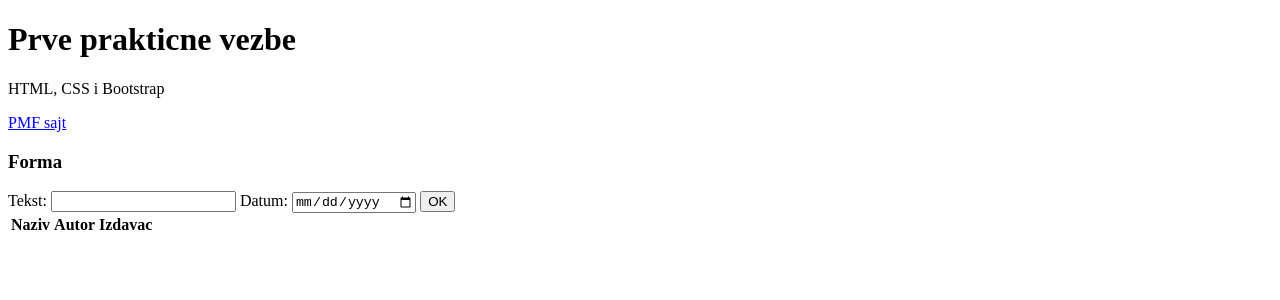
Repository: bojanludajic/Razvoj-Informacionih-Sistema
Page: Vezbe1/src/main/webapp/index.html
The author's editor kept a copy of each file at every save. The page is drawn from the files as they stood at one save, then again after the next save.
The browser window is 1280 px wide. The pictures show the whole page.

Above is the page before, as saved 2024-10-22 11:38:04.

### Vezbe1/src/main/webapp/index.html
<!DOCTYPE html>
<html>
<head>
<meta charset="UTF-8">
<title>Razvoj informacionih sistema</title>
</head>
<body>
<h1>Prve prakticne vezbe</h1>
<p>HTML, CSS i Bootstrap</p>

<a href="https://www.pmf.uns.ac.rs" target="_blank">PMF sajt</a>

<h3>Forma</h3>
<form>
	Tekst: <input type="text">
	Datum: <input type="date">
	<input type="submit" value="OK">
</form>
<table>
	<tr>
		<th>Naziv</th>
		<th>Autor</th>
		<th>Izdavac</th>
	</tr>
</table>
</body>
</html>

After the next save:
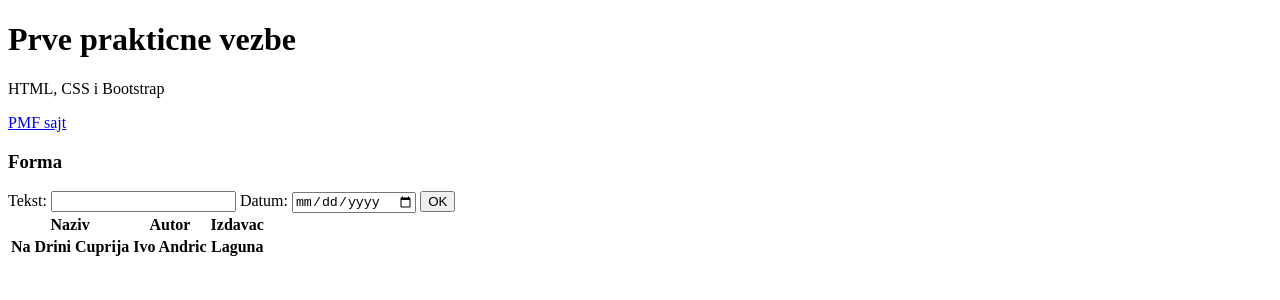
Saved 44 s later.
--- a/Vezbe1/src/main/webapp/index.html
+++ b/Vezbe1/src/main/webapp/index.html
@@ -22,6 +22,12 @@
 		<th>Autor</th>
 		<th>Izdavac</th>
 	</tr>
+	<tr>
+		<th>Na Drini Cuprija</th>
+		<th>Ivo Andric</th>
+		<th>Laguna</th>
+
+	</tr>
 </table>
 </body>
 </html>
